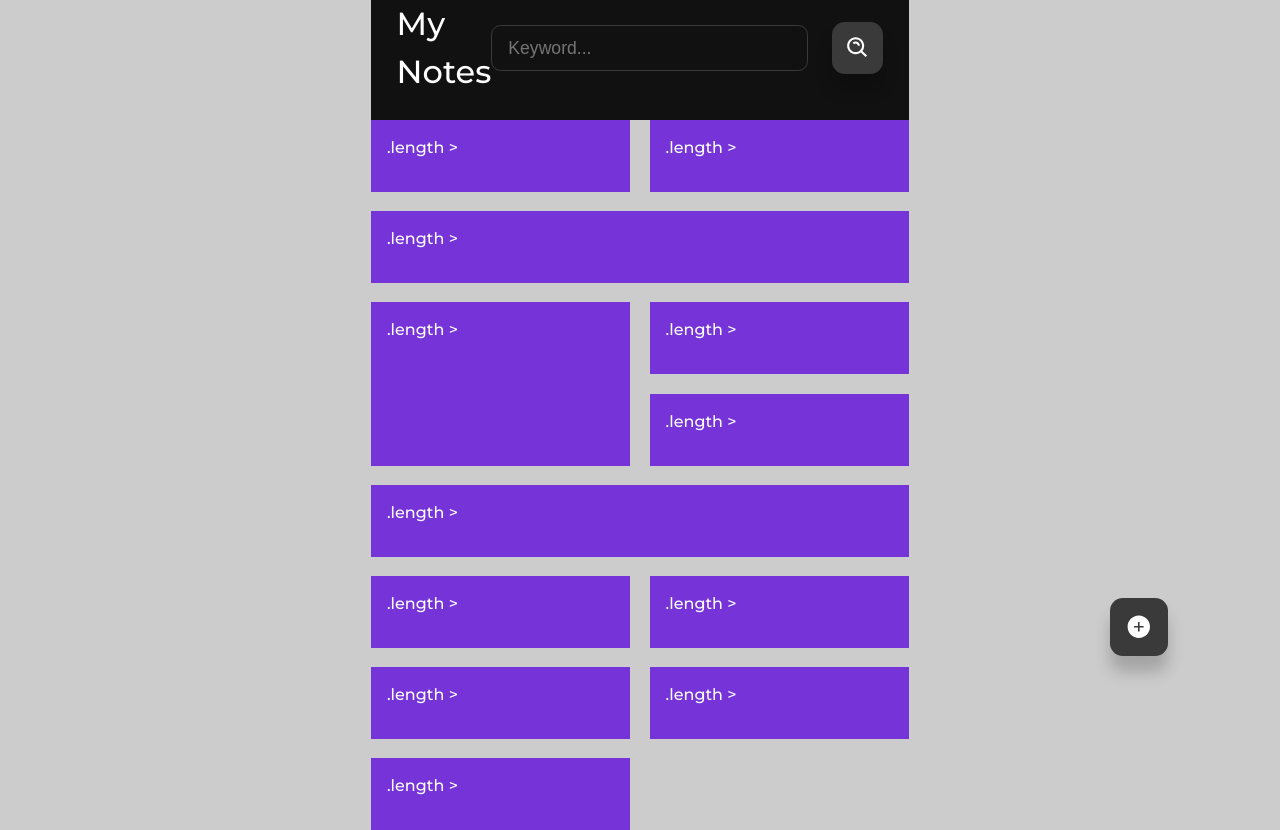
Repository: fatehailey/React-Notes-App
Page: /
An editor plug-in stored every save of this project. The page is shown before and after a run of saves, followed by the edit.
The browser window is 1280 px wide. The pictures show the whole page.
The project was rebuilt for these pictures with package versions that can differ from the ones it lists, and the page was loaded fresh each time. Also part of the build but not shown: src/pages/CreateNote.jsx, src/pages/EditNote.jsx.

Above is the page before, as saved 2023-01-27 15:38:17.

### public/index.html
<html lang="en">
<head>
    <meta charset="UTF-8">
    <meta http-equiv="X-UA-Compatible" content="IE=edge">
    <meta name="viewport" content="width=device-width, initial-scale=1.0">
    <title>React Notes App</title>
</head>
<body>
    <div id="root"></div>
</body>
</html>

### src/index.js
import App from './App'
import ReactDOM from 'react-dom/client'
import './index.css'
const root = ReactDOM.createRoot(document.querySelector("#root"))

root.render(<App />)

### src/App.jsx
import { BrowserRouter, Routes, Route } from "react-router-dom";
import CreateNote from "./pages/CreateNote";
import Notes from "./pages/Notes";
import EditNotes from "./pages/EditNote";
const App = () => {
  return (
   <BrowserRouter>
   <Routes>
    <Route path='/' element={<Notes />}/>
    <Route path='/create-note' element={<CreateNote />}/>
    <Route path='/edit-note/:id' element={<EditNotes />}/>
   </Routes>
   </BrowserRouter>
  );
}

export default App;

### src/index.css
@import url('https://fonts.googleapis.com/css2?family=Montserrat:wght@300;400;500;600;700&display=swap');

* {
    margin: 0;
    padding: 0;
    border: 0;
    outline: 0;
    list-style: none;
    text-decoration: none;
    box-sizing: border-box;
}

:root {
    --color-bg-dark: #3a3a3a;
    --color-bg-black: #111111;
    --color-white: #fefefe;
    --color-primary: #7634d8;
    --color-danger: rgb(249, 84, 84);
}

body {
    font-family: 'Montserrat', sans-serif;
    display: grid;
    place-items: center;
    color: var(--color-white);
    background: #ccc;
    line-height: 1.5;
}

.btn {
    background: var(--color-bg-dark);
    border-radius: 0.8rem;
    padding: 0.8rem;
    font-size: 1.6rem;
    color: var(--color-white);
    box-shadow: 0 1rem 1rem rgba(0, 0, 0, 0.2);
    transition: all 300ms ease;
}

.btn.lg {
    padding: 0.8rem 1.5rem;
    font-size: 1.2rem;
    box-shadow: 0 1rem 1.5rem rgba(0, 0, 0, 0.4);
}

.btn.danger {
    background: var(--color-danger);
}

.btn.primary {
    background: var(--color-primary);
}

.btn:hover {
    cursor: pointer;
    box-shadow: none;
}

#app {
    background: var(--color-bg-black);
    height: 48rem;
    width: 24rem;
    padding: 2rem 1.6rem;
    overflow-y: scroll;
    position: relative;
}

::-webkit-scrollbar {
    display: none;
}

h2,  h4 {
    font-weight: 500;
}

h2 {
    font-size: 2rem;
}






/* NOTES PAGE */
.notes__header {
    display: flex;
    align-items: center;
    justify-content: space-between;
    padding: 0 1.6rem 1.5rem;
    background: var(--color-bg-black);
    z-index: 9;
}


.notes__header input {
    padding: 0.7rem 1rem;
    background: transparent;
    border: 1px solid var(--color-bg-dark);
    border-radius: 0.6rem;
    color: var(--color-white);
    font-size: 1.1rem;
    width: 100%;
    margin-right: 1.5rem;
}

.notes__container {
    display: grid;
    grid-template-columns: 1fr 1fr;
    gap: 1.2rem;
}

.empty__notes {
    position: absolute;
    left: 50%;
    top: 50%;
    transform: translate(-50%, -50%);
}

.note {
    background: var(--color-primary);
    padding: 1rem;
    display: flex;
    flex-direction: column;
    gap: 1rem;
    cursor: pointer;
    transition: all 300ms ease;
    color: var(--color-white);
}

.note:hover {
    opacity: 0.9;
}

.note:nth-child(3) {
    grid-column: 1/3;
}

.note:nth-child(4) {
    grid-row: 3/5;
}

.note:nth-child(7) {
    grid-column: 1/3;
}

.note p {
    font-size: 0.8rem;
    opacity: 0.85;
}

.btn.add__btn {
    position: fixed;
    bottom: 4rem;
    right: 7rem;
    padding: 1rem;
}





/* CREATE NOTE & EDIT NOTE PAGE */
.create-note__header {
    display: flex;
    justify-content: space-between;
    align-items: center;
}

.create-note__form {
    display: flex;
    flex-direction: column;
    gap: 1rem;
    margin-top: 2rem;
}

.create-note__form input, .create-note__form textarea {
    width: 100%;
    padding: 0.5rem 1rem;
    background: transparent;
    border-radius: 0.2rem;
    font-size: 1.1rem;
    color: var(--color-white);
}

.create-note__form input {
    font-size: 2rem;
}


/* MEDIA QUERIES FOR PHONES */
@media screen and (max-width: 600px) {
    #app {
        width: 100vw;
        height: 100vh;
        padding: 2rem 1rem;
    }

    .notes__header {
        width: 100%;
        padding: 2rem 1rem;
        position: fixed;
        top: 0;
        left: 0;
    }

    .notes__container {
        margin-top: 5rem;
        gap: 1rem;
    }

    .btn.add__btn {
        padding: 1.5rem;
        font-size: 1.5rem;
        bottom: 6%;
        right: 2rem;
    }
}

### src/pages/Notes.jsx
import dummyNotes from '../dummy__notes'
import {BiSearchAlt} from  'react-icons/bi'
import { Link } from 'react-router-dom';
import {AiFillPlusCircle} from 'react-icons/ai'
import NoteItem from '../components/NoteItem'

const Notes = () => {
  return (
    <section>
        <header className="notes__header">
            <h2>My Notes</h2>
            <input type="text" autoFocus placeholder='Keyword...'/>
            <button className="btn"><BiSearchAlt /></button>
        </header>
        <div className="notes__container">
            {
                dummyNotes.map(note => <NoteItem key={note.id} note={note}/>)
            }
        </div>
            <Link className='btn add__btn'><AiFillPlusCircle /></Link>
    </section>
  );
}

export default Notes;

### src/components/NoteItem.jsx
import React from 'react';
import { Link } from 'react-router-dom';

const NoteItem = (note) => {
  return (
    <Link to={`/edit-note/${note.id}`} className="note">
<h4>{note.title}.length ></h4>
<p>{note.date}</p>
    </Link>
  )
}

export default NoteItem;

Loaded but not shown: src/dummy__notes.js (library)

After the next 2 saves:
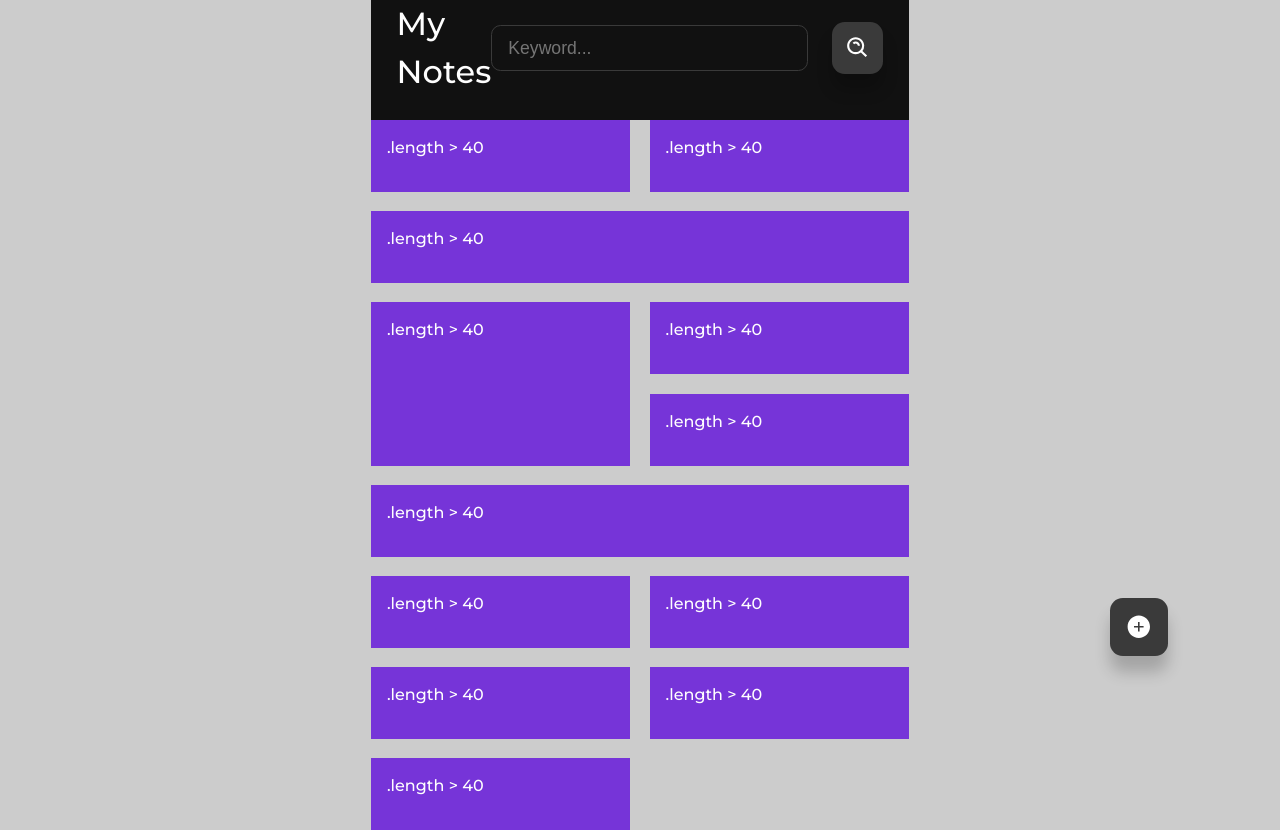
The 2 saves are shown as one change because they came seconds apart.
The last was saved 6 s later.
--- a/src/components/NoteItem.jsx
+++ b/src/components/NoteItem.jsx
@@ -4,7 +4,7 @@ import { Link } from 'react-router-dom';
 const NoteItem = (note) => {
   return (
     <Link to={`/edit-note/${note.id}`} className="note">
-<h4>{note.title}.length ></h4>
+<h4>{note.title}.length > 40 </h4>
 <p>{note.date}</p>
     </Link>
   )
